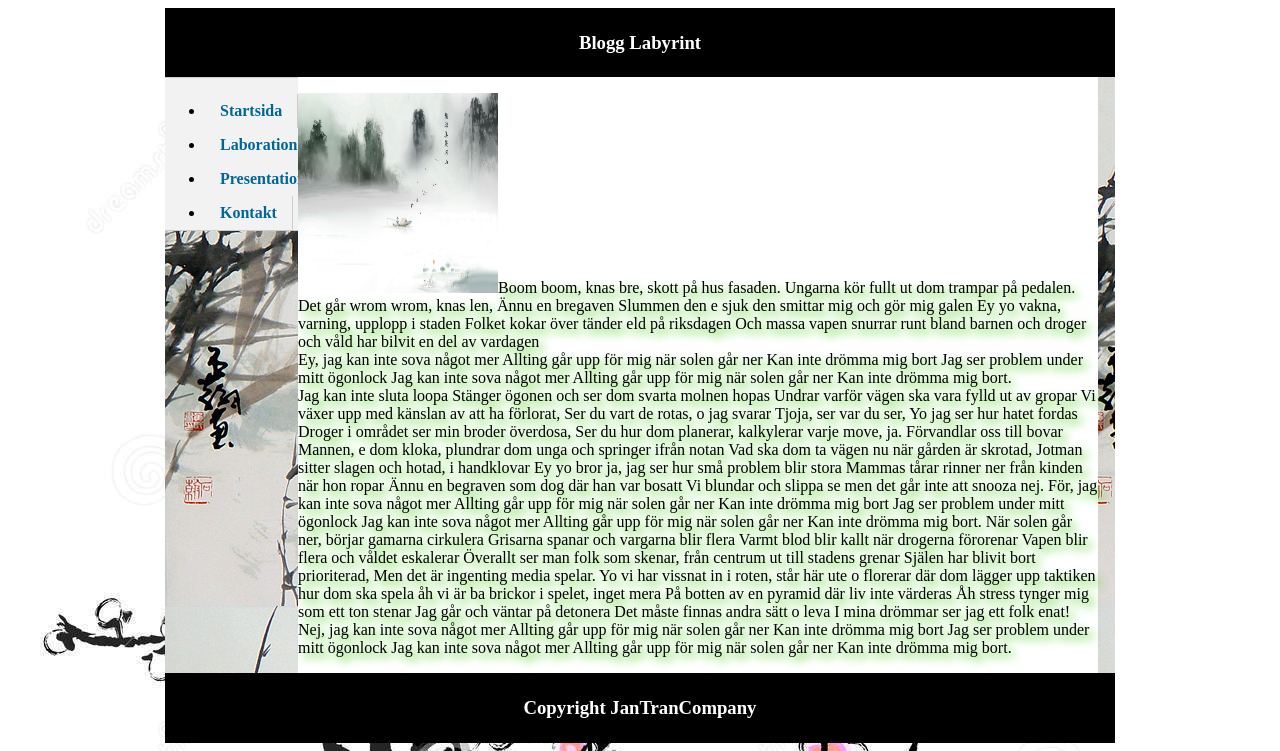
Repository: jt222ic/1ik415-jt222ic-lab-1
Page: pages/Blogginlagg.html
The author's editor kept a record of every edit. The page is drawn from the files as they stood at one moment, then again after the next edit.
The browser window is 1280 px wide. The pictures show the whole page.

Above is the page before.

After the next edit:
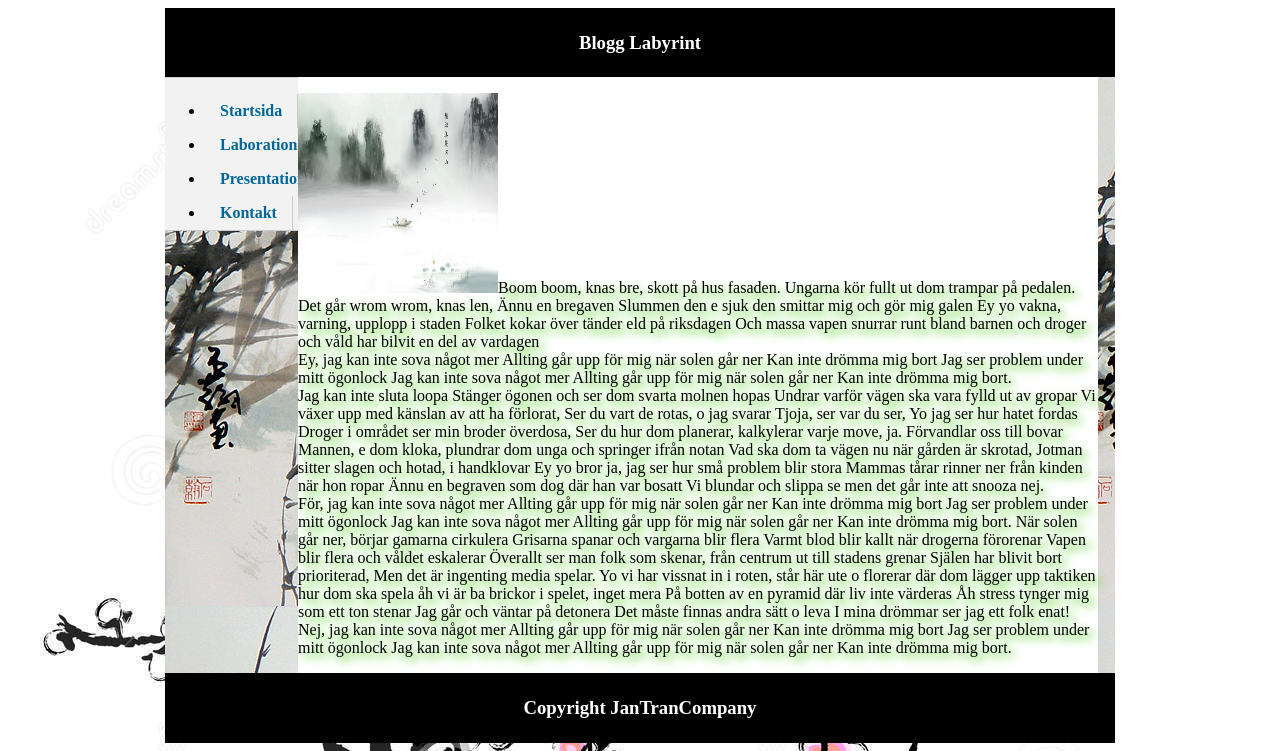
The edit:
--- a/pages/Blogginlagg.html
+++ b/pages/Blogginlagg.html
@@ -68,7 +68,7 @@
 Ey yo bror ja, jag ser hur små problem blir stora
 Mammas tårar rinner ner från kinden när hon ropar
 Ännu en begraven som dog där han var bosatt
-Vi blundar och slippa se men det går inte att snooza nej.
+Vi blundar och slippa se men det går inte att snooza nej. <br>
 
 För, jag kan inte sova något mer
 Allting går upp för mig när solen går ner
